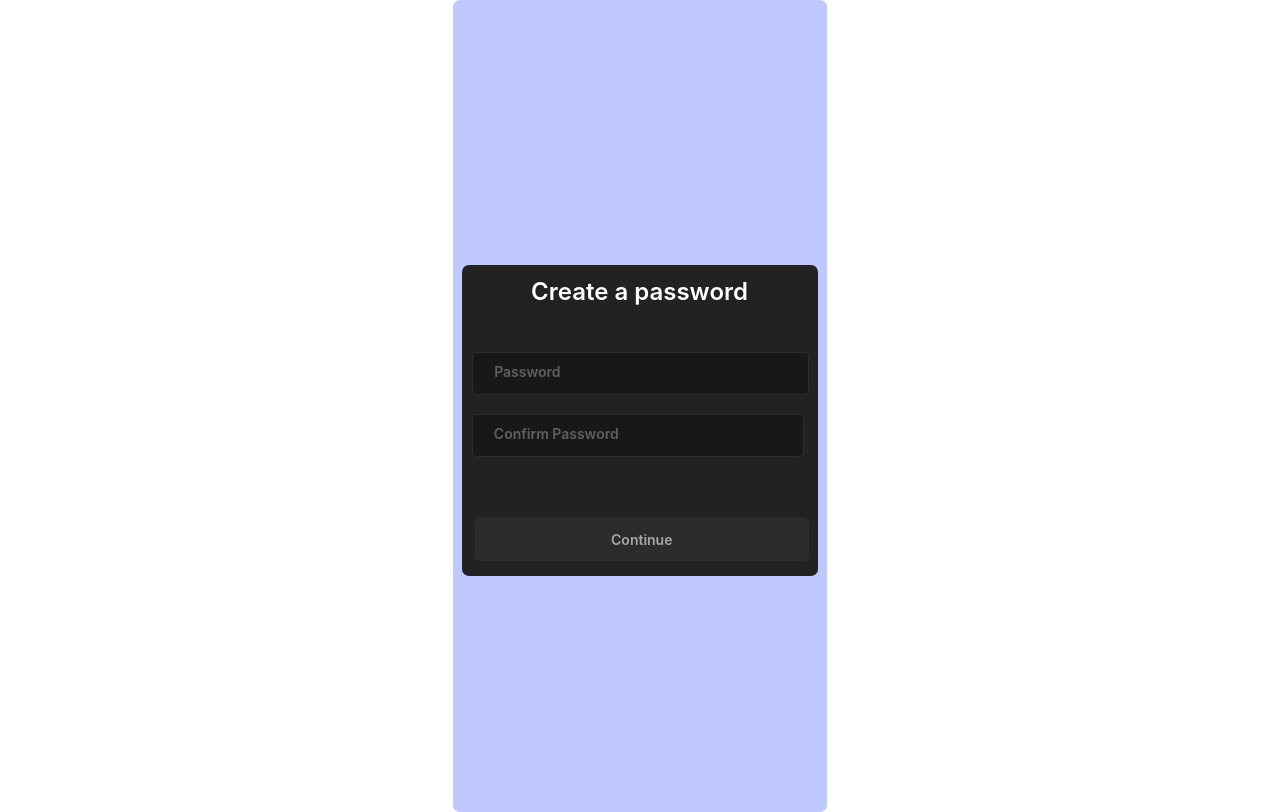
Repository: krishbains/CryptoWallet
Page: /
These files come from the project's save history. The page is drawn as it stood at one moment and after the next save; the edit follows.
The browser window is 1280 px wide. The pictures show the whole page.
The project was rebuilt for these pictures with package versions that can differ from the ones it lists, and the page was loaded fresh each time. Also part of the build but not shown: src/components/basepage/basepage.jsx, src/components/startingpage/startingpage.jsx.

Above is the page before, as saved 2024-03-28 15:55:19.

After the next save:
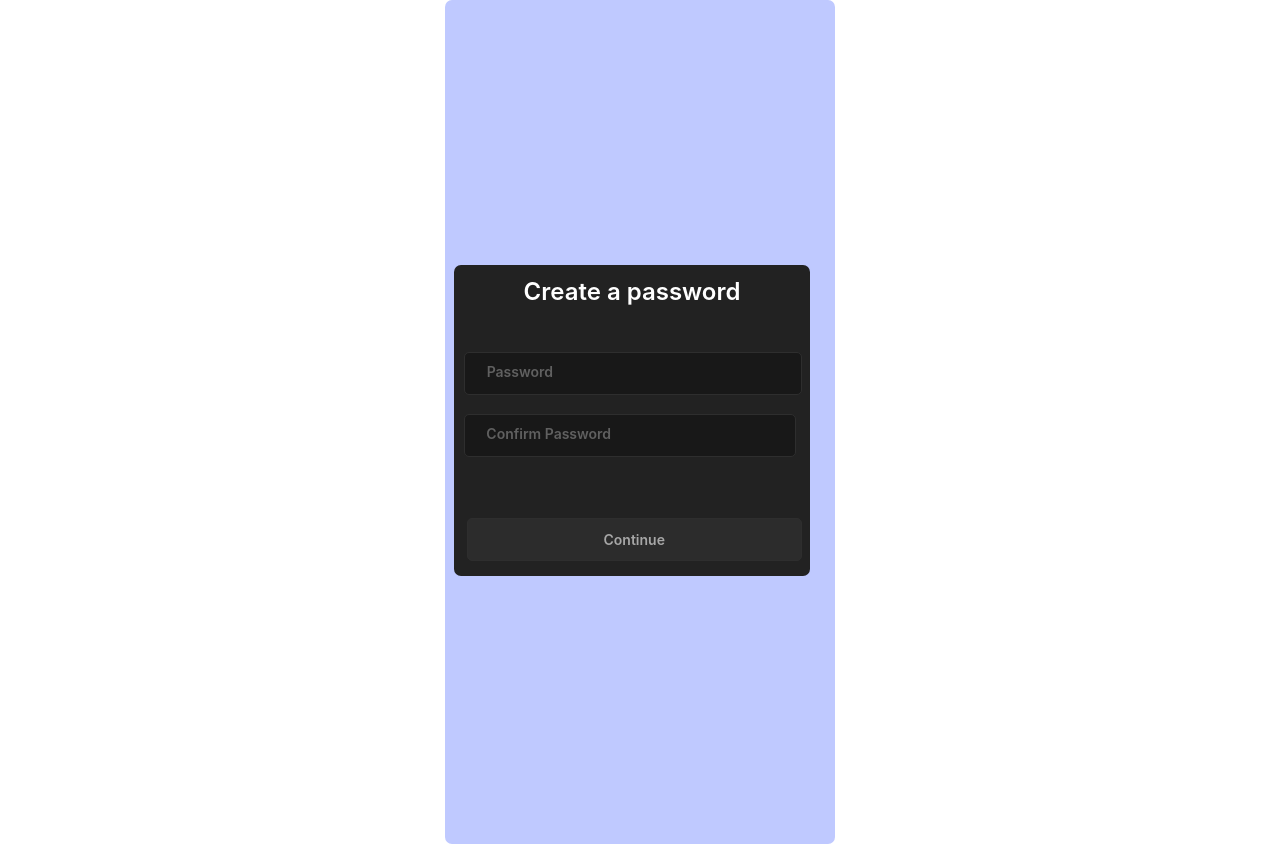
Saved 21 s later.
--- a/src/components/createwallet/create_wallet.css
+++ b/src/components/createwallet/create_wallet.css
@@ -23,14 +23,14 @@
 
   .main-container {
     position: relative;
-    width: 374.944px;
-    height: 812px;
+    width: 390px;
+    height: 844px;
     margin: 0 auto;
   }
   .main-frame-background {
     position: absolute;
-    width: 374.944px;
-    height: 812px;
+    width: 390px;
+    height: 844px;
     top: 0;
     left: 0;
     background: #bfc9ff;
